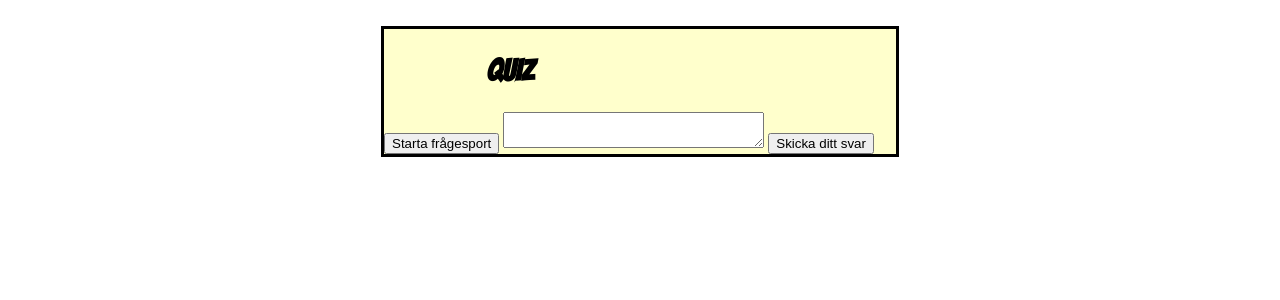
Repository: jb223cp/1dv403-laborationer
Page: 4-thequiz/index.html
The author's editor kept a record of every edit. The page is drawn from the files as they stood at one moment, then again after the next edit.
The browser window is 1280 px wide. The pictures show the whole page.

Above is the page before.

### 4-thequiz/index.html
<!DOCTYPE html>
<html lang="sv">
<head>
	<meta charset="UTF-8" />
	<link href='//fonts.googleapis.com/css?family=Bangers' rel='stylesheet' type='text/css'>
	<link rel="stylesheet" href="css/main.css" media="only screen and (min-width:768px)" />
	      <script src="script/quiznew.js"></script>

 	<title>The Quiz</title>

</head>
    <body>
        <section id="container">
            <h1>QUIZ</h1>



            <input  type="button" value="Starta frågesport" id="start"></input>
            <textarea cols="30" rows="2" maxlength="250" name="Answer" id="answer"></textarea>
            <input  type="button" value="Skicka ditt svar" id="send"></input>
        </section>
    </body>
</html>

### 4-thequiz/css/main.css
html, body, div, span, applet, object, iframe,
p, blockquote, pre,
a, abbr, acronym, address, big, cite, code,
del, dfn, em, img, ins, kbd, q, s, samp,
small, strike, strong, sub, sup, tt, var,
b, u, i, center, ol, ul, li,
fieldset, form, label, legend,
table, caption, tbody, tfoot, thead, tr, th, td,
article, aside, canvas, details, embed,
figure, figcaption, footer, header, hgroup,
menu, nav, output, ruby, section, summary,
time, mark, audio, video {
	margin: 0;
	padding: 0;
	border: 0;
	font-size: 100%;
	font: inherit;
	vertical-align: baseline;
}
/* HTML5 display-role reset for older browsers */

article, aside, details, figcaption, figure,
footer, header, hgroup, menu, nav, section {
	display: block;
}

section{
    width:40%;
    margin-top:2%;
    background-color:#FFFFCC;
    margin-left:auto;
    margin-right:auto;
    border-style:solid;
    border-color:black;
    border-width:3px;
}

.button{
	margin-left:5%;
}

h1{
	font-size:1.9em;
    font-family: 'Bangers';
    padding-left:20%;
}

p{
	font-size:1.2em;
    font-family: 'Bangers';
    padding-left:5%;
}
.question{
	padding-top:2%;
	font-size:1.3em;
}

### 4-thequiz/script/quiznew.js
"use strict";

function Quiz() {


    var start = document.getElementById("start");
    var send = document.getElementById("send");
    var counterGlobal=0;
    var counterPartial=0;
    start.enabled=true;

//Calls the function that gets one question from third part
    start.onclick = function() {
             Question("http://vhost3.lnu.se:20080/question/1");
        }


//Function that gets one question from adress in argument
        function Question(URL){

            var xhr = new XMLHttpRequest();
            xhr.open("GET", URL, true);
            xhr.send(null);
            var objQuestion;

            xhr.onreadystatechange = function() {

                if((xhr.readyState === 4 && xhr.status===200) || xhr.status==304){

                        objQuestion = JSON.parse(xhr.responseText);
                        var questionParagraph = document.createElement("p");
                        questionParagraph.setAttribute("class","question");
                        questionParagraph.innerHTML = objQuestion.question;
                        var section = document.getElementById("container");
                        section.appendChild(questionParagraph);

                        //send.enabled=true;

                        //Calls the function that sends answer on adress that I get from previous adress
                        send.onclick = function() {
                            /*start.disabled=true;*/
                            counterGlobal+=1;
                            Answer(objQuestion.nextURL);
                        }
                };
            }
        }


//Function that sends the answer on adress in argument
        function Answer(URL1){

            var xhrPost = new XMLHttpRequest();
            xhrPost.open("POST", URL1, true);
            xhrPost.setRequestHeader('Content-Type', 'application/json');
            var answer = document.getElementById("answer");
            var currentAnswer = JSON.stringify({"answer": answer.value});
            xhrPost.send(currentAnswer);
            var objResponse;

            xhrPost.onreadystatechange = function() {

                    if((xhrPost.readyState === 4 && xhrPost.status===200) || xhrPost.status==304){

                            objResponse=(JSON.parse(xhrPost.responseText));
                            var answerParagraph = document.createElement("p");
                            answerParagraph.style.color="green";

                            answerParagraph.innerHTML = objResponse.message;

                            var section1 = document.getElementById("container");
                            section1.appendChild(answerParagraph);

                            if (typeof objResponse.nextURL === "undefined") {

                                  answerParagraph.innerHTML = objResponse.message + " You finished the game and it took " + counterGlobal + " tries";
                                  counterGlobal=0;
                            }
                                    counterPartial=0;
                                    Question(objResponse.nextURL);

                    }else if (xhrPost.readyState === 4 && xhrPost.status==400){

                            counterPartial+=1;
                            objResponse=(JSON.parse(xhrPost.responseText));
                            var answerParagraphFailed = document.createElement("p");
                            answerParagraphFailed.style.color="red";
                            answerParagraphFailed.innerHTML = objResponse.message + " and this is attempt number " +counterPartial;

                            var section2 = document.getElementById("container");
                            section2.appendChild(answerParagraphFailed);
                    }
            }
        }
}

window.onload = function() {
    new Quiz();
 };

After the next edit:
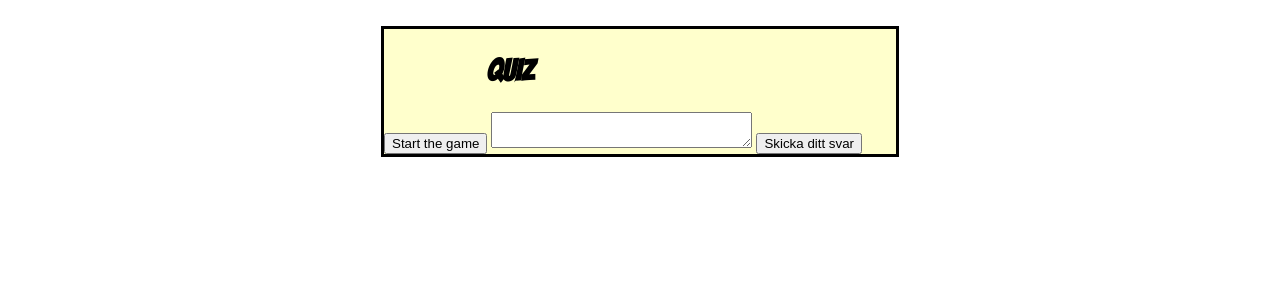
The edit:
--- a/4-thequiz/index.html
+++ b/4-thequiz/index.html
@@ -15,7 +15,7 @@
 
 
 
-            <input  type="button" value="Starta frågesport" id="start"></input>
+            <input  type="button" value="Start the game" id="start"></input>
             <textarea cols="30" rows="2" maxlength="250" name="Answer" id="answer"></textarea>
             <input  type="button" value="Skicka ditt svar" id="send"></input>
         </section>
